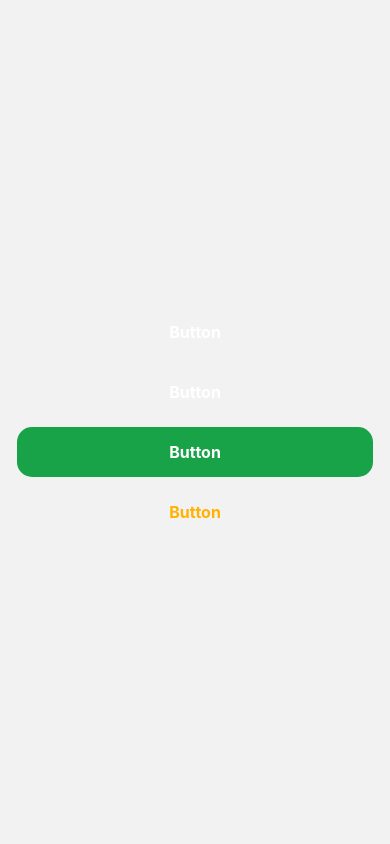
Repository: hungdomanh95/setuptheme
Screen: /
The author's editor kept a copy of each file at every save. The screen is drawn from the files as they stood at one save, then again after the next save.
The app was drawn by React Native's web renderer in a window 390 px wide. The project was rebuilt for these pictures with package versions that can differ from the ones it lists, and the page was loaded fresh each time. Also part of the build but not shown: src/components/Fade/index.js, src/components/Slide/index.js.

Above is the screen before, as saved 2022-05-17 11:17:44.

### App.js
import {View, Text} from 'react-native';
import React from 'react';
import RootNavigation from './src/navigation/rootNavigation';

const App = () => {
  return <RootNavigation />;
};

export default App;

### src/navigation/rootNavigation.js
import React from 'react'
import {NavigationContainer} from '@react-navigation/native';
import {createNativeStackNavigator} from '@react-navigation/native-stack';
import {
  HomeScreen,
} from '../screens';
import { SafeAreaProvider } from 'react-native-safe-area-context';

const Stack = createNativeStackNavigator();
const RootNavigation = () => {
  const screenOptions = {
    headerTransparent: true,
    headerShown: false,
  };
  const stackOption = {
    headerShown: true,
    headerBackTitle: '',
    headerTitle: '',
  };
  return (
    <SafeAreaProvider>
      <NavigationContainer>
        <Stack.Navigator screenOptions={screenOptions}>
          <Stack.Screen name="HomeScreen" component={HomeScreen} />
        </Stack.Navigator>
      </NavigationContainer>
    </SafeAreaProvider>
  );
};

export default RootNavigation;

### src/screens/index.js
import HomeScreen from './HomeScreen';
export {HomeScreen};

### src/screens/HomeScreen/index.js
import {View, Text, StyleSheet} from 'react-native';
import React from 'react';
import {COLOR, shadows} from '../../theme';
import {RNButton} from '../../components';

const HomeScreen = () => {
  return (
    <View style={styles.container}>
      <RNButton text="Button" color={COLOR.primary}  />
      <RNButton text="Button" color={COLOR.red} />
      <RNButton text="Button" color={COLOR.green} type={"success"} />
      <RNButton text="Button" color={COLOR.neural8} colorText={COLOR.neural} />
    </View>
  );
};

export default HomeScreen;
const styles = StyleSheet.create({
  container: {
    flex: 1,
    justifyContent: 'center',
    alignItems: 'center',
  },
});

### src/theme/index.js
import {StyleSheet, Dimensions} from 'react-native';
const {width, height} = Dimensions.get('window');
const width_design = 375;
export const size = {
  width,
  height,
  spacing: 16,
  icon: 24,
  btn1: (width * 343) / width_design,
  btn2: (width * 196) / width_design,
  btn3: (width * 160) / width_design,
};
export const COLOR = {
  primary: '#002665',
  primary80: "rgba(0, 38, 101, 0.8)",
  primary60: "rgba(0, 38, 101, 0.6)",
  primary40: "rgba(0, 38, 101, 0.4)",
  primary24: "rgba(0, 38, 101, 0.24)",
  primary16: "rgba(0, 38, 101, 0.16)",
  primary8: "rgba(0, 38, 101, 0.08)",
  primary4: "rgba(0, 38, 101, 0.04)",
  secondary: '#2567F9',
  secondary50: '#0077FF',
  secondary40: 'rgba(0, 119, 255, 0.4)',
  secondary24: 'rgba(0, 119, 255, 0.24)',
  secondary16: 'rgba(0, 119, 255, 0.16)',
  secondary8: 'rgba(0, 119, 255, 0.08)',
  white: '#FFFFFF',
  white64: 'rgba(255,255,255,0.64)',
  white40: 'rgba(255,255,255,0.4)',
  white24: 'rgba(255,255,255,0.24)',
  white16: 'rgba(255,255,255,0.16)',
  white8: 'rgba(255,255,255,0.08)',
  white4: 'rgba(255,255,255,0.04)',
  yellow: '#FDBE01',
  yellow80: 'rgba(253, 190, 1, 0.8)',
  yellow40: 'rgba(253, 190, 1, 0.4)',
  yellow16: 'rgba(253, 190, 1, 0.16)',
  red: '#DA000B',
  red80: 'rgba(227, 38, 46, 0.8)',
  red40: 'rgba(227, 38, 46, 0.4)',
  red16: 'rgba(227, 38, 46, 0.16)',
  gray: '#6D7E92',
  gray40: '#7689A2',
  gray24: '#B3BDCB',
  gray16: '#DADFE6',
  gray8: '#F9FAFD',
  green: '#18A348',
  green50: '#25C26E',
  green40: 'rgba(37, 194, 110, 0.4)',
  green24: 'rgba(37, 194, 110, 0.24)',
  neural: '#FFB200',
  neural80: 'rgba(255, 178, 0, 0.8)',
  neural40: 'rgba(255, 178, 0, 0.4)',
  neural24: 'rgba(255, 178, 0, 0.24)',
  neural16: 'rgba(255, 178, 0, 0.16)',
  neural8: 'rgba(255, 178, 0, 0.08)',
  orange: '#F44B02',
  orange80: 'rgba(244, 75, 2, 0.8)',
  orange40: 'rgba(244, 75, 2, 0.4)',
  orange8: '#FFECE3',
  infor: '#0289F4',
  infor80: 'rgba(2, 137, 244, 0.8)',
  infor40: 'rgba(2, 137, 244, 0.4)',
  infor10: 'rgba(2, 137, 244, 0.1)',
};
export const text = StyleSheet.create({
  h1: {
    fontSize: 22,
    lineHeight: 33,
  },
  h2: {
    fontSize: 20,
    lineHeight: 30,
  },
  h3: {
    fontSize: 18,
    lineHeight: 27,
  },
  fz16: {
    fontSize: 16,
    lineHeight: 24,
  },
  fz14: {
    fontSize: 14,
    lineHeight: 21,
  },
  fz12: {
    fontSize: 12,
    lineHeight: 18,
  },
  fz10: {
    fontSize: 10,
    lineHeight: 15,
  },
  bold: {
    fontWeight: '700',
  },
  medium: {
    fontWeight: '500',
  },
  regular: {
    fontWeight: '400',
  },
});
export const shadows = StyleSheet.create({
  sh: {
    backgroundColor: '#FFFFFF',
    shadowColor: 'rgba(0, 38, 101, 0.1)',
    shadowOffset: {
      width: 0,
      height: 2,
    },
    shadowOpacity: 2,
    shadowRadius: 5,
    elevation: 5,
  },
});

### src/components/index.js
import Fade from './Fade';
import Slide from './Slide';
import RNButton from './RNButton';
export {Fade, Slide, RNButton};

### src/components/RNButton/index.js
import {StyleSheet, Text, View} from 'react-native';
import React,{useEffect} from 'react';
import {COLOR, size, text} from '../../theme';

const RNButton = props => {
  const {text,type} = props;

  const colorBTN = () => {
    let colorBtn;
    if(type === "success") colorBtn = COLOR.green
    else if(type === "warning") colorBtn = COLOR.neural
    return colorBtn
  }
  const styles = styleWithProps(props,colorBTN());
  return (
    <View style={styles.container}>
      <Text style={styles.text}>{text}</Text>
    </View>
  );
};

const styleWithProps = (props, color) =>{
  return StyleSheet.create({
    container: {
      width: size.btn1,
      height: 50,
      justifyContent: 'center',
      alignItems: 'center',
      backgroundColor: color,
      borderRadius: 15,
      marginVertical:5
    },
    text: {
      color: props.colorText || COLOR.white ,
      ...text.fz16,
      ...text.bold,
    },
  });
}
export default RNButton;

After the next save:
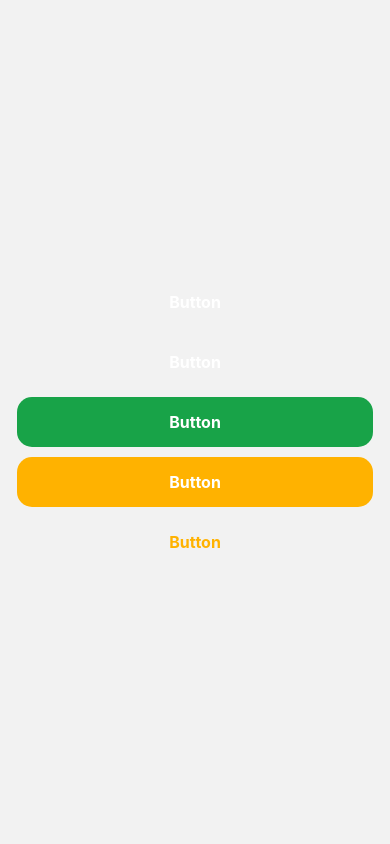
Saved 24 s later.
--- a/src/screens/HomeScreen/index.js
+++ b/src/screens/HomeScreen/index.js
@@ -8,7 +8,8 @@ const HomeScreen = () => {
     <View style={styles.container}>
       <RNButton text="Button" color={COLOR.primary}  />
       <RNButton text="Button" color={COLOR.red} />
-      <RNButton text="Button" color={COLOR.green} type={"success"} />
+      <RNButton text="Button" type={"success"} />
+      <RNButton text="Button" type={"warning"} />
       <RNButton text="Button" color={COLOR.neural8} colorText={COLOR.neural} />
     </View>
   );
